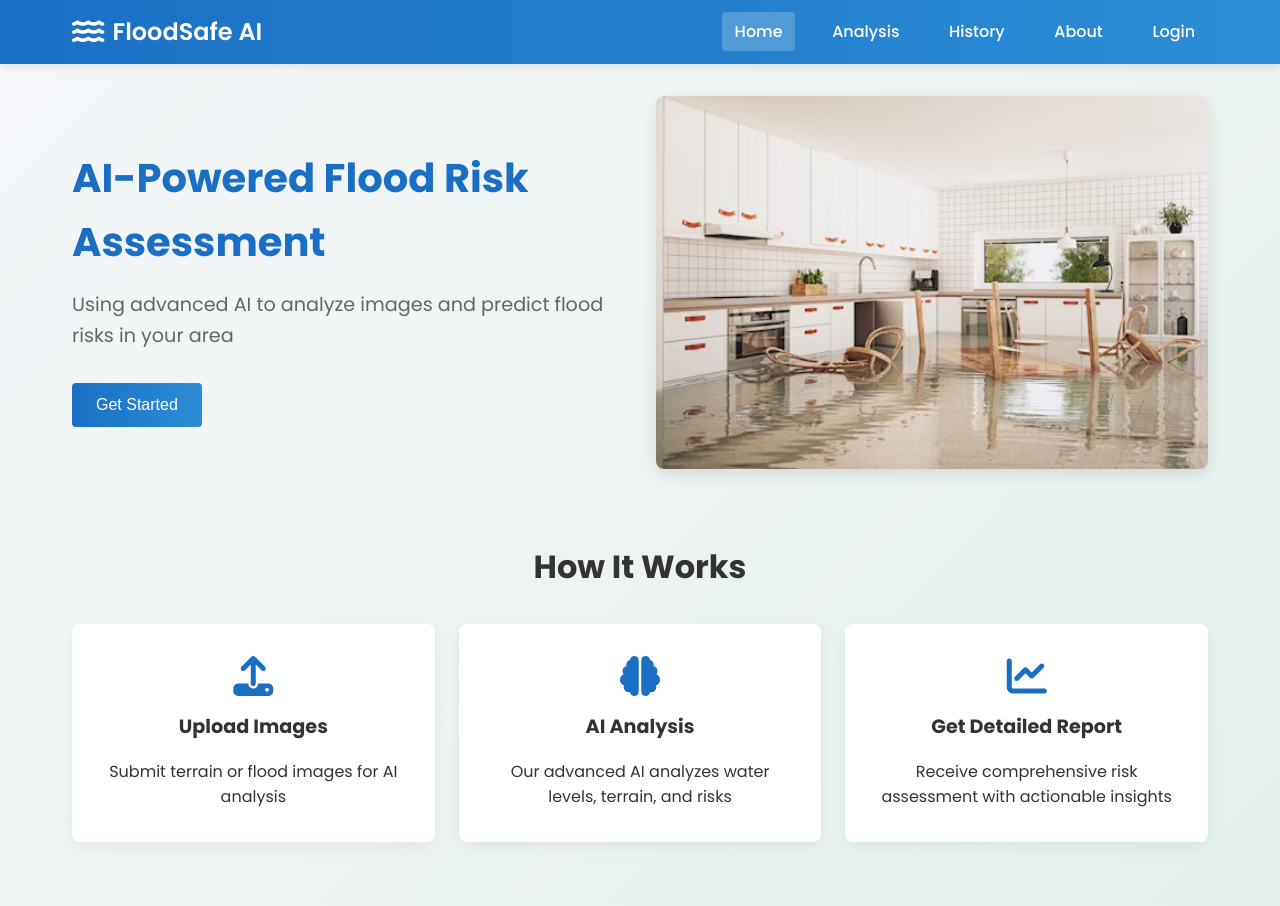
Repository: Prolenzy/floodsafe
Page: index.html
An editor plug-in stored every save of this project. The page is shown before and after a run of saves, followed by the edit.
The browser window is 1280 px wide. The pictures show the whole page.

Above is the page before, as saved 2025-08-25 04:30:22.

### index.html
<!DOCTYPE html>
<html lang="en">
<head>
    <meta charset="UTF-8">
    <meta name="viewport" content="width=device-width, initial-scale=1.0">
    <title>Flood Assessment System</title>
    <link rel="stylesheet" href="styles/style.css">
    <link href="https://fonts.googleapis.com/css2?family=Poppins:wght@300;400;500;600;700&display=swap" rel="stylesheet">
    <link rel="stylesheet" href="https://cdnjs.cloudflare.com/ajax/libs/font-awesome/6.4.0/css/all.min.css">
</head>
<body>
    <!-- Navigation Bar -->
    <nav class="navbar">
        <div class="nav-container">
            <div class="nav-logo">
                <i class="fas fa-water"></i>
                <span>FloodSafe AI</span>
            </div>
            <ul class="nav-menu">
                <li class="nav-item"><a href="#" class="nav-link active" data-section="home">Home</a></li>
                <li class="nav-item"><a href="#" class="nav-link" data-section="analysis">Analysis</a></li>
                <li class="nav-item"><a href="#" class="nav-link" data-section="history">History</a></li>
                <li class="nav-item"><a href="#" class="nav-link" data-section="about">About</a></li>
                <li class="nav-item" id="auth-item"><a href="#" class="nav-link" data-section="login">Login</a></li>
            </ul>
            <div class="hamburger">
                <span class="bar"></span>
                <span class="bar"></span>
                <span class="bar"></span>
            </div>
        </div>
    </nav>

    <!-- Main Content Sections -->
    <main class="main-content">
        <!-- Home Section -->
        <section id="home" class="section active">
            <div class="hero">
                <div class="hero-content">
                    <h1>AI-Powered Flood Risk Assessment</h1>
                    <p>Using advanced AI to analyze images and predict flood risks in your area</p>
                    <button class="cta-button" id="get-started-btn">Get Started</button>
                </div>
                <div class="hero-image">
                    <img src="assets/flood2.jpg" alt="Flood Assessment">
                </div>
            </div>

            <div class="features">
                <h2>How It Works</h2>
                <div class="feature-cards">
                    <div class="feature-card">
                        <i class="fas fa-upload"></i>
                        <h3>Upload Images</h3>
                        <p>Submit terrain or flood images for AI analysis</p>
                    </div>
                    <div class="feature-card">
                        <i class="fas fa-brain"></i>
                        <h3>AI Analysis</h3>
                        <p>Our advanced AI analyzes water levels, terrain, and risks</p>
                    </div>
                    <div class="feature-card">
                        <i class="fas fa-chart-line"></i>
                        <h3>Get Detailed Report</h3>
                        <p>Receive comprehensive risk assessment with actionable insights</p>
                    </div>
                </div>
            </div>
        </section>

        <!-- Analysis Section -->
        <section id="analysis" class="section">
            <div class="analysis-container">
                <h2>Flood Risk Analysis</h2>
                <p class="section-description">Upload images for AI-powered flood risk assessment</p>

                <div class="analysis-params">
                    <div class="param-group">
                        <label for="region-select">Region Type</label>
                        <select id="region-select">
                            <option value="urban">Urban Area</option>
                            <option value="rural">Rural Area</option>
                            <option value="coastal">Coastal Region</option>
                            <option value="river">River Basin</option>
                        </select>
                    </div>

                    <div class="param-group">
                        <label for="season-select">Season</label>
                        <select id="season-select">
                            <option value="spring">Spring</option>
                            <option value="summer">Summer</option>
                            <option value="fall">Fall</option>
                            <option value="winter">Winter</option>
                        </select>
                    </div>
                </div>

                <div class="upload-area" id="image-upload">
                    <div class="drop-zone">
                        <i class="fas fa-cloud-upload-alt"></i>
                        <h3>Drop flood or terrain images here or click to browse</h3>
                        <p>Supports JPG, PNG up to 10MB. For best results, upload clear images of flooded areas or terrain.</p>
                        <input type="file" id="file-input" accept="image/*">
                    </div>
                    <div class="preview-area" id="image-preview"></div>
                </div>

                <div class="analysis-progress hidden" id="analysis-progress">
                    <div class="progress-bar">
                        <div class="progress-fill" id="progress-fill"></div>
                    </div>
                    <p id="progress-text">Initializing analysis...</p>
                </div>

                <button class="analyze-btn" id="analyze-button">
                    <i class="fas fa-spinner fa-spin hidden"></i>
                    <span>Analyze Flood Risk</span>
                </button>

                <div class="image-analysis-results hidden" id="image-analysis-results">
                    <h3>AI Analysis Details</h3>
                    <div class="analysis-features" id="detected-features">
                        <!-- Will be populated by JavaScript -->
                    </div>
                </div>

                <div class="results-area hidden">
                    <h3>Flood Risk Assessment</h3>
                    <div class="risk-meter">
                        <div class="risk-level" id="risk-level">Low</div>
                        <div class="meter-gauge">
                            <div class="gauge-fill" id="gauge-fill"></div>
                        </div>
                        <div class="gauge-markers">
                            <span>Low</span>
                            <span>Moderate</span>
                            <span>High</span>
                            <span>Extreme</span>
                        </div>
                    </div>

                    <div class="risk-metrics">
                        <div class="risk-metric">
                            <div class="metric-label">Risk Probability</div>
                            <div class="metric-value" id="risk-probability">25%</div>
                        </div>
                        <div class="risk-metric">
                            <div class="metric-label">Estimated Elevation</div>
                            <div class="metric-value" id="elevation-value">Unknown</div>
                        </div>
                        <div class="risk-metric">
                            <div class="metric-label">Distance from Water</div>
                            <div class="metric-value" id="distance-value">Unknown</div>
                        </div>
                    </div>

                    <div class="results-details">
                        <div class="result-card">
                            <h4>AI Analysis</h4>
                            <p id="ai-analysis">No analysis available yet. Upload an image to begin assessment.</p>
                        </div>
                        <div class="result-card">
                            <h4>Recommended Actions</h4>
                            <ul id="recommended-actions">
                                <li>Upload an image to get specific recommendations</li>
                            </ul>
                        </div>
                    </div>
                    <button class="save-btn" id="save-results">Save Results</button>
                </div>
            </div>
        </section>

        <!-- History Section -->
        <section id="history" class="section">
            <div class="history-container">
                <h2>Analysis History</h2>
                <p class="section-description">Review your previous flood risk assessments</p>

                <div class="history-filters">
                    <select id="time-filter">
                        <option value="all">All Time</option>
                        <option value="week">Past Week</option>
                        <option value="month">Past Month</option>
                    </select>
                    <select id="risk-filter">
                        <option value="all">All Risk Levels</option>
                        <option value="low">Low Risk</option>
                        <option value="moderate">Moderate Risk</option>
                        <option value="high">High Risk</option>
                        <option value="very-high">Very High Risk</option>
                    </select>
                </div>

                <div class="history-list" id="history-list">
                    <div class="empty-state">
                        <i class="fas fa-history"></i>
                        <h3>No analysis history yet</h3>
                        <p>Perform your first analysis to see results here</p>
                    </div>
                </div>
            </div>
        </section>

        <!-- About Section -->
        <section id="about" class="section">
            <div class="about-container">
                <h2>About FloodSafe AI</h2>
                <div class="about-content">
                    <div class="about-text">
                        <p>FloodSafe AI uses advanced artificial intelligence to analyze images and provide accurate flood risk assessments. Our system processes terrain images to identify potential flood risks and provide actionable recommendations.</p>
                        <h3>How It Works:</h3>
                        <ul>
                            <li>Upload images of terrain or flooded areas</li>
                            <li>Our AI analyzes water levels, terrain features, and risk factors</li>
                            <li>Receive detailed assessment with specific recommendations</li>
                            <li>All processing happens securely on our servers</li>
                        </ul>
                    </div>
                    <div class="about-image">
                        <img src="assets/flood3.jpg" alt="About FloodSafe">
                    </div>
                </div>
            </div>
        </section>

        <!-- Login Section -->
        <section id="login" class="section">
            <div class="auth-container">
                <div class="auth-form" id="login-form">
                    <h2>Login to Your Account</h2>
                    <div class="form-group">
                        <label for="login-email">Email</label>
                        <input type="email" id="login-email" placeholder="Enter your email">
                    </div>
                    <div class="form-group">
                        <label for="login-password">Password</label>
                        <input type="password" id="login-password" placeholder="Enter your password">
                    </div>
                    <div class="form-group">
                        <button class="auth-btn" id="login-button">Login</button>
                    </div>
                    <p class="auth-switch">Don't have an account? <a href="#" id="switch-to-register">Register</a></p>
                </div>

                <div class="auth-form hidden" id="register-form">
                    <h2>Create an Account</h2>
                    <div class="form-group">
                        <label for="register-name">Full Name</label>
                        <input type="text" id="register-name" placeholder="Enter your full name">
                    </div>
                    <div class="form-group">
                        <label for="register-email">Email</label>
                        <input type="email" id="register-email" placeholder="Enter your email">
                    </div>
                    <div class="form-group">
                        <label for="register-password">Password</label>
                        <input type="password" id="register-password" placeholder="Create a password">
                    </div>
                    <div class="form-group">
                        <label for="register-confirm">Confirm Password</label>
                        <input type="password" id="register-confirm" placeholder="Confirm your password">
                    </div>
                    <div class="form-group">
                        <button class="auth-btn" id="register-button">Register</button>
                    </div>
                    <p class="auth-switch">Already have an account? <a href="#" id="switch-to-login">Login</a></p>
                </div>
            </div>
        </section>
    </main>

    <!-- Loading Animation -->
    <div class="loading-overlay hidden">
        <div class="loading-spinner"></div>
        <p>Analyzing your image with AI...</p>
    </div>

    <!-- Scripts -->
    <script src="scripts/api-service.js"></script>
    <script src="scripts/auth.js"></script>
    <script src="scripts/main.js"></script>
    <script src="scripts/analysis.js"></script>
    <script src="scripts/history.js"></script>
</body>
</html>

Loaded but not shown: scripts/analysis.js (361 lines, source omitted); scripts/api-service.js (169 lines, source omitted); scripts/auth.js (192 lines, source omitted); scripts/main.js (137 lines, source omitted); scripts/history.js (104 lines, source omitted); styles/style.css (837 lines, source omitted)

After the next 2 saves:
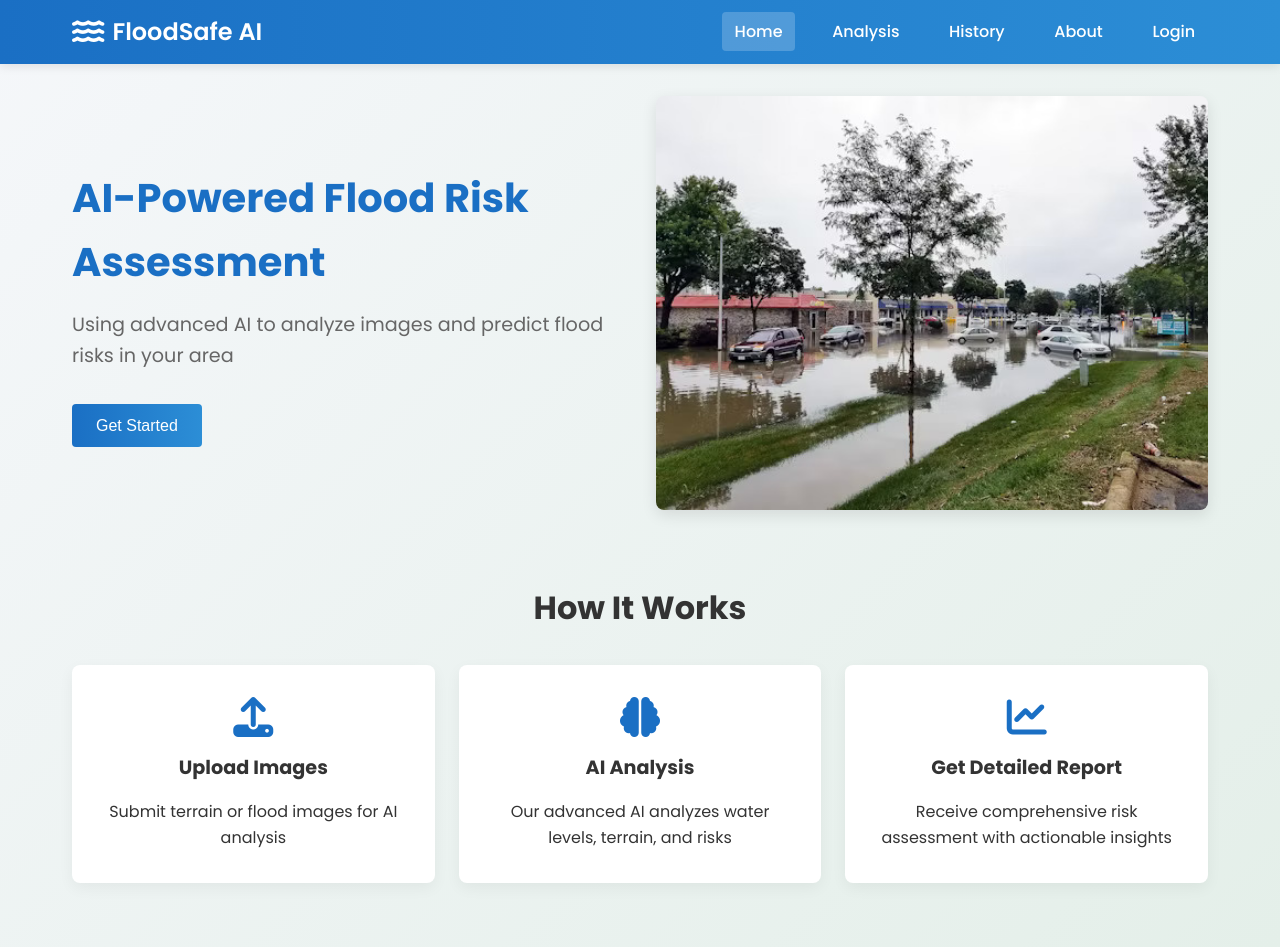
The 2 saves are shown as one change because they came seconds apart.
The last was saved 52 s later.
--- a/index.html
+++ b/index.html
@@ -42,7 +42,7 @@
                     <button class="cta-button" id="get-started-btn">Get Started</button>
                 </div>
                 <div class="hero-image">
-                    <img src="assets/flood2.jpg" alt="Flood Assessment">
+                    <img src="assets/flood3.jpg" alt="Flood Assessment">
                 </div>
             </div>
 
